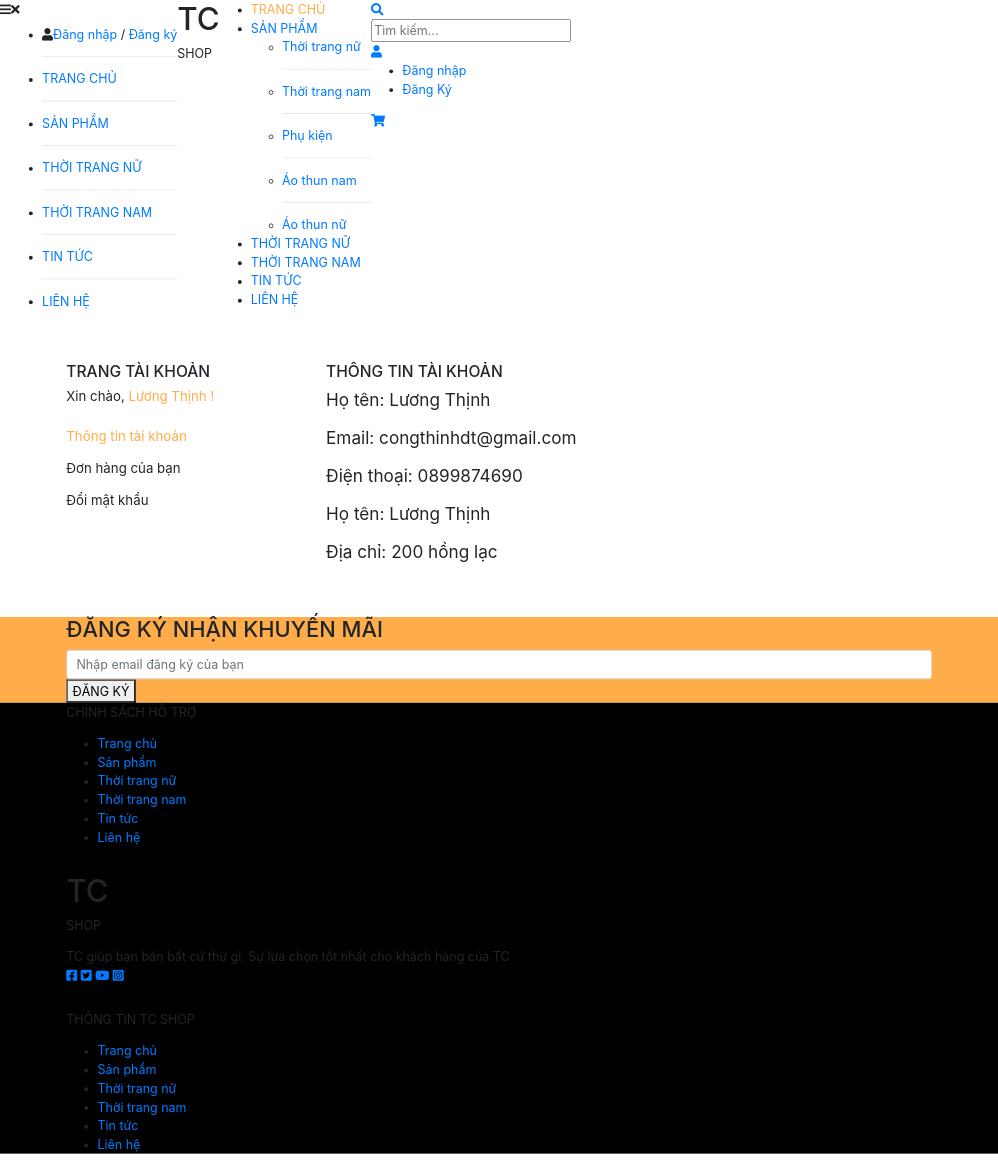
Repository: congthinh1701/TCshop
Page: ThongTinTaiKhoan.html
The author's editor kept a copy of each file at every save. The page is drawn from the files as they stood at one save, then again after the next save.
The browser window is 1280 px wide. The pictures show the whole page, at 78% of full size.
The style sheet was rebuilt from its Sass, Less or Tailwind sources for each picture, by a compiler version that may differ from the author's.

Above is the page before, as saved 2021-09-08 17:17:10.

After the next save:
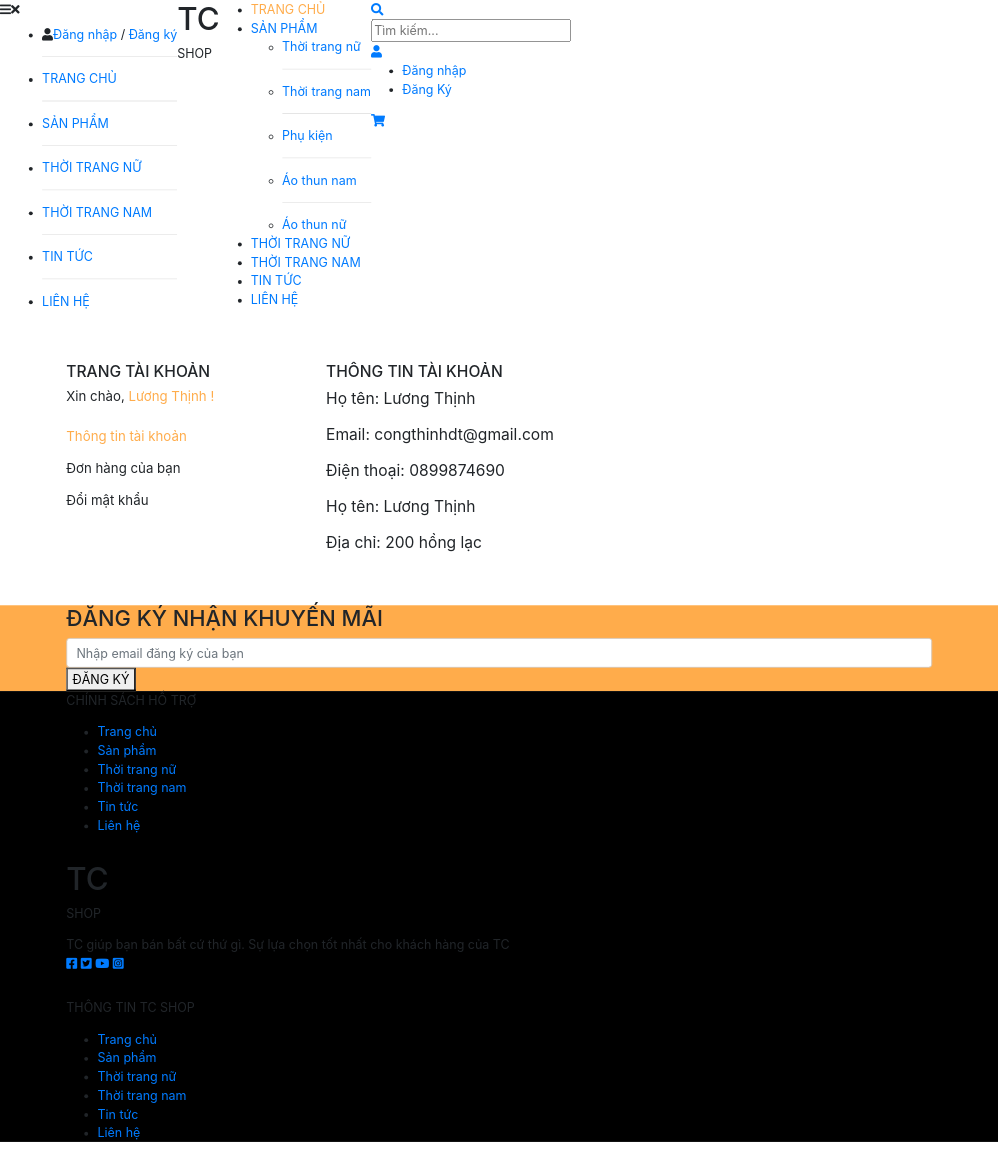
Saved 7 s later.
--- a/sass/style.scss
+++ b/sass/style.scss
@@ -1,6 +1,6 @@
 
 $text-fontSize:17px;
-$text-fontSizeTK:22px;
+$text-fontSizeTK:20px;
 $fontWeight:500;
 
 .admin{
